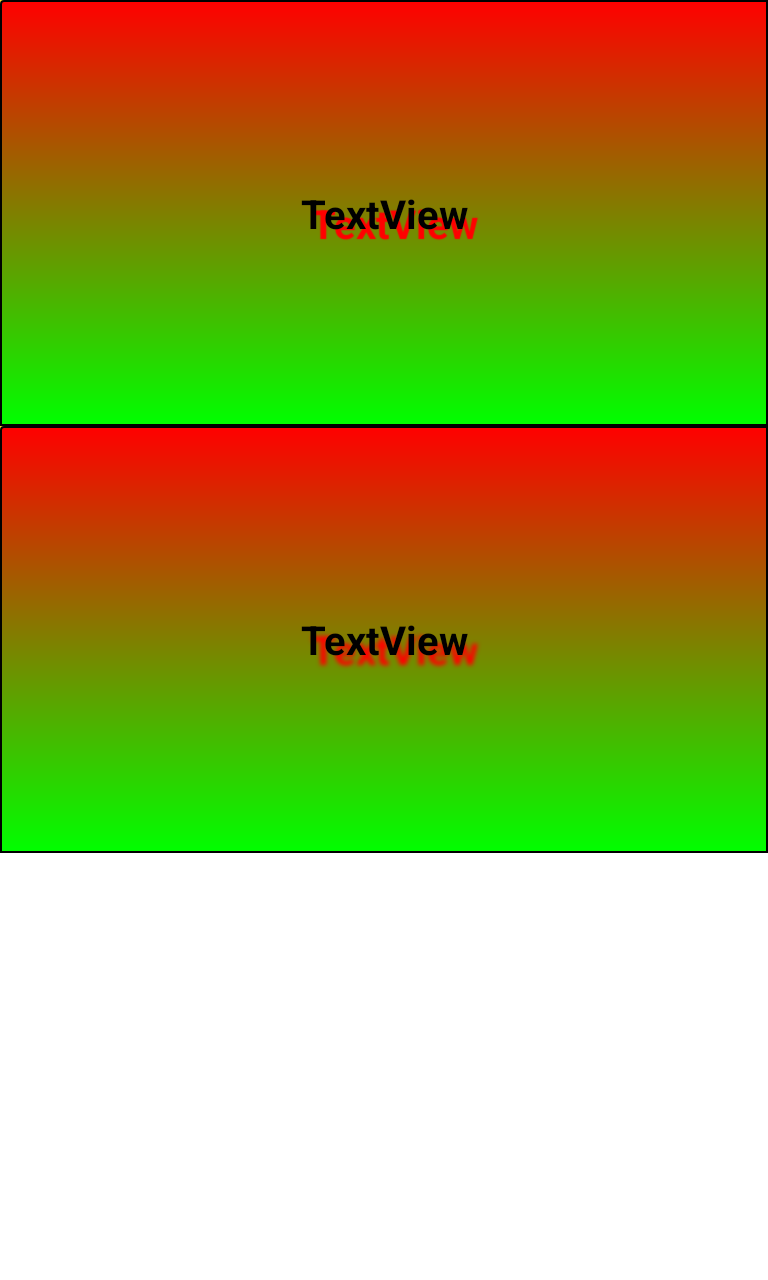
Repository: yhtaphp/yhtqgit
Layout: android/TextView/res/layout/activity_main.xml
The author's editor kept a copy of each file at every save. The layout is drawn from the files as they stood at one save, then again after the next save.
It is drawn on a 768 x 1280 px phone screen (xhdpi) without system bars, with theme AppTheme; the app's code is not run.

Above is the layout before, as saved 2016-09-11 13:49:53.

After the next save:
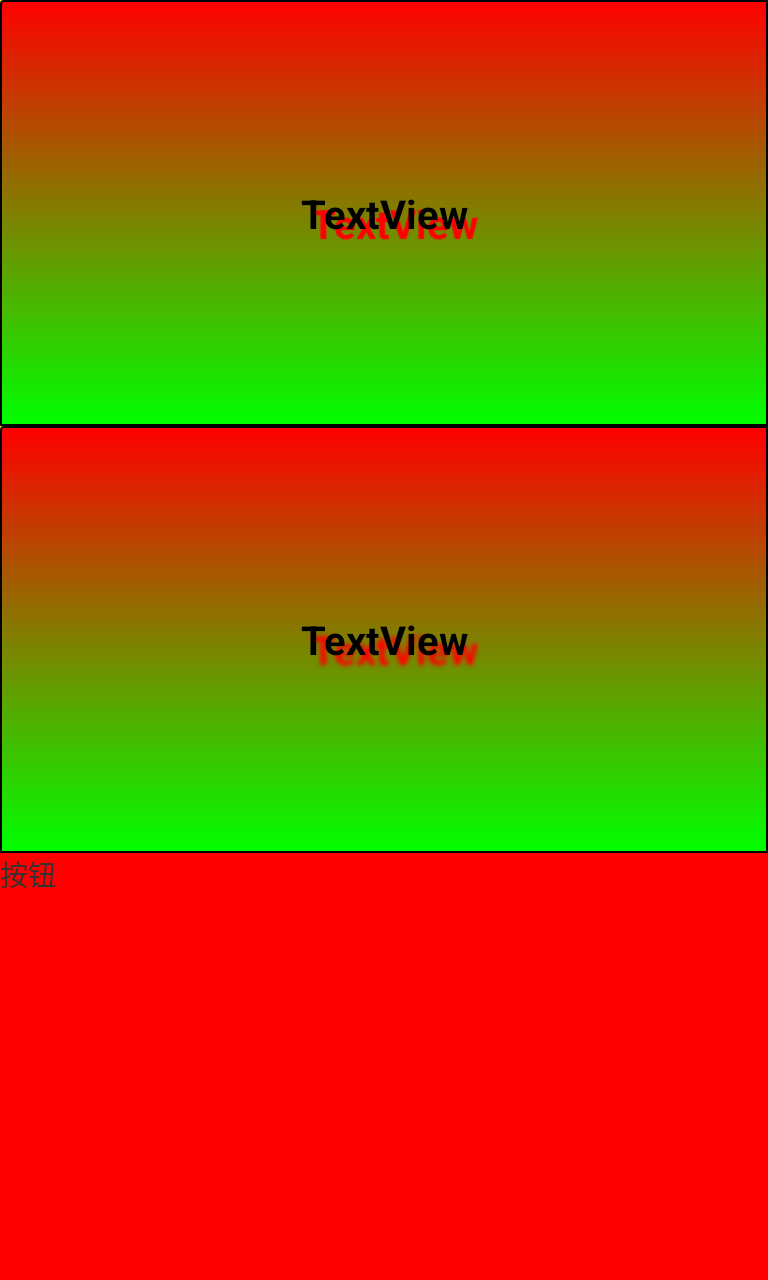
Saved 13 s later.
--- a/android/TextView/res/layout/activity_main.xml
+++ b/android/TextView/res/layout/activity_main.xml
@@ -46,6 +46,7 @@
        android:orientation="vertical" >
 
        <TextView
+           android:layout_weight="0.5"
            android:layout_width="match_parent"
            android:layout_height="0dp"
            android:layout_gravity="center|end"

After the 2 saves that followed:
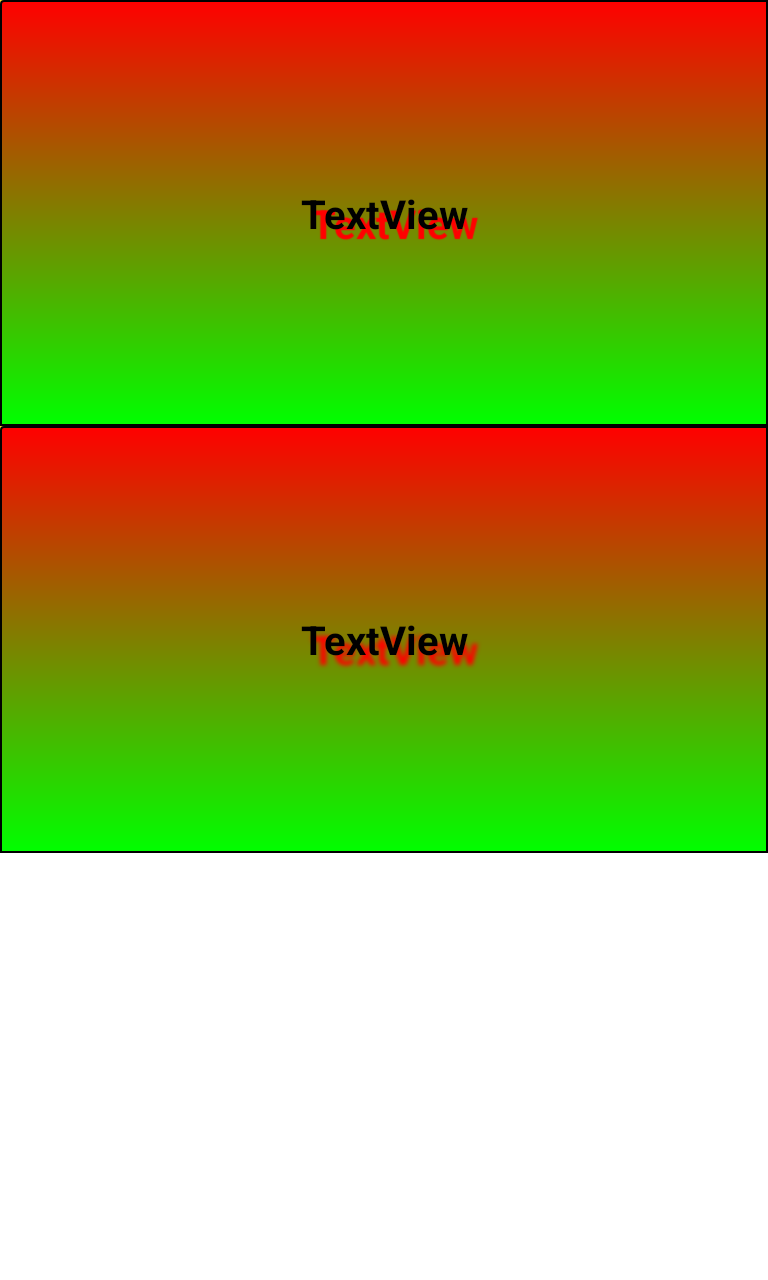
The 2 saves are shown as one change because 1 left the picture as it was.
The last was saved 20 s later.
--- a/android/TextView/res/layout/activity_main.xml
+++ b/android/TextView/res/layout/activity_main.xml
@@ -46,7 +46,7 @@
        android:orientation="vertical" >
 
        <TextView
-           android:layout_weight="0.5"
+           android:layout_weight="0"
            android:layout_width="match_parent"
            android:layout_height="0dp"
            android:layout_gravity="center|end"
